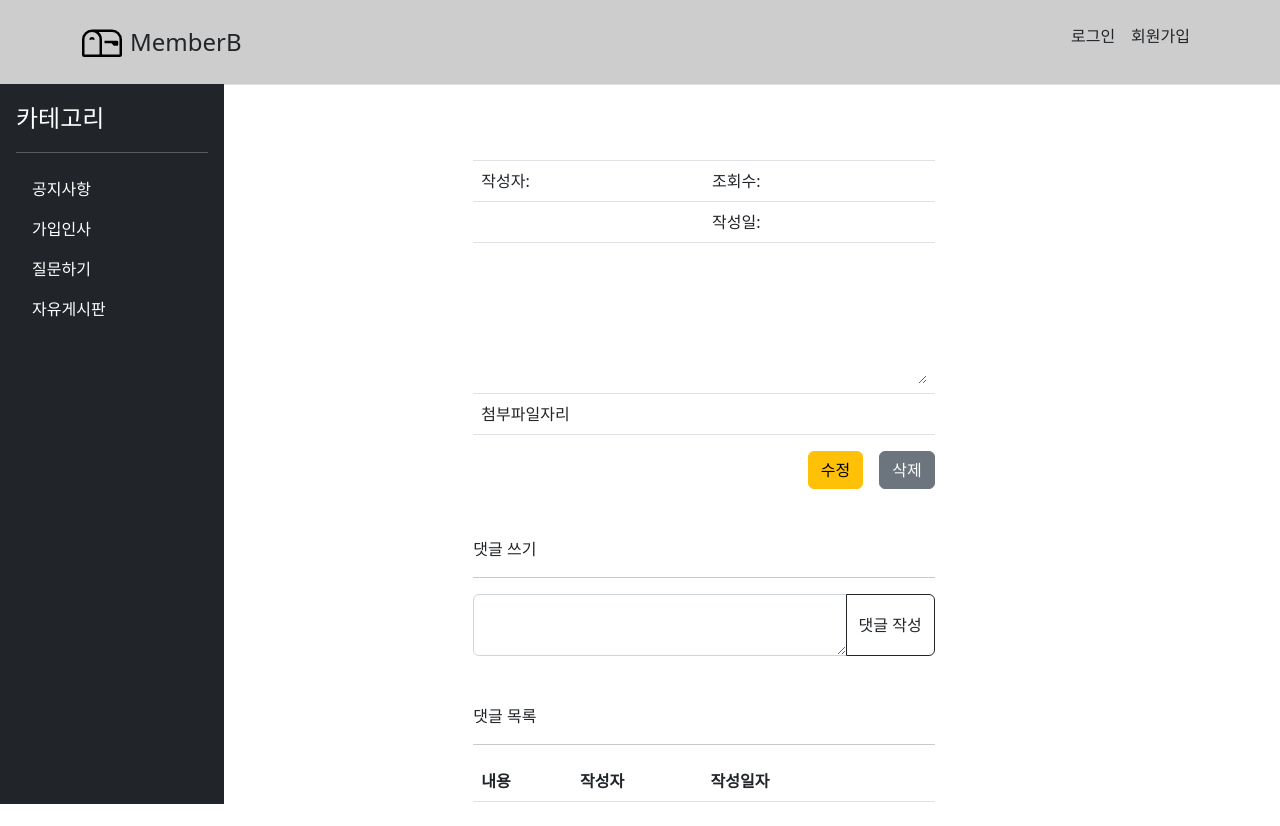
Repository: charmErin/board_220915
Page: http://localhost/board/WEB-INF/views/board/detail.jsp
The author's editor kept a copy of each file at every save. The page is drawn from the files as they stood at one save, then again after the next save.
The browser window is 1280 px wide. The pictures show the whole page.
Some web libraries are served in a nearby version. The page is served by Tomcat 9. Nobody is signed in. Other server files are loaded and not shown. The template is opened directly, without the code that normally fills it, so the values that code supplies are empty.

Above is the page before, as saved 2022-09-19 01:32:08.

### board/src/main/webapp/WEB-INF/views/board/detail.jsp
<%@ page language="java" contentType="text/html; charset=UTF-8"
	pageEncoding="UTF-8"%>
<%@ taglib uri="http://java.sun.com/jsp/jstl/core" prefix="c"%>
<%@ taglib prefix="fmt" uri="http://java.sun.com/jsp/jstl/fmt"%>
<!DOCTYPE html>
<html>
<head>
<meta charset="UTF-8">
<script src="https://code.jquery.com/jquery-3.6.0.min.js"></script>
<script type="text/javascript"
	src="https://cdnjs.cloudflare.com/ajax/libs/moment.js/2.24.0/moment.min.js"></script>
<title>Insert title here</title>
<style>
.body-content {
	margin-top: 9rem;
	margin-left: 15rem;
	padding-left: 3rem;
	padding-right: 10rem;
}
</style>
</head>
<body>
	<%@include file="../layout/header.jsp"%>
	<div class="body-content">
		<div class="container col-7 my-4">
			<table class="table mb-3">
				<tr>
					<td colspan="2">${board.boardTitle}</td>
				</tr>
				<tr>
					<td>작성자: ${board.boardWriter}</td>
					<td>조회수: ${board.boardHits}</td>
				</tr>
				<tr>
					<td></td>
					<td colspan="2">작성일: <fmt:formatDate pattern="yyyy-MM-dd"
							value="${board.createdTime}"></fmt:formatDate></td>
				</tr>
				<tr>
					<td colspan="2"><textarea class="form-control-plaintext"
							rows="5">${board.boardContents}</textarea></td>
				</tr>
				<tr>
					<td colspan="2">첨부파일자리</td>
				</tr>
			</table>

			<div class="d-grid gap-2 d-md-flex justify-content-md-end mb-5">
				<c:choose>
					<c:when test="${sessionScope.id eq board.memberId}">
						<button class="btn btn-warning me-md-2" type="button">수정</button>
						<button class="btn btn-secondary" type="button">삭제</button>
					</c:when>
					<c:otherwise>
						<c:if test="${sessionScope.loginId eq 'admin'}">
							<button class="btn btn-secondary" type="button">삭제</button>
						</c:if>
					</c:otherwise>
				</c:choose>
			</div>


			<span>댓글 쓰기</span>
			<hr>

			<div class="input-group mb-5">
				<textarea class="form-control" id="comment-contents"></textarea>
				<input class="btn btn-outline-dark" type="button"
					onclick="commentSave()" value="댓글 작성">
			</div>

			<span>댓글 목록</span>
			<hr>
			<div id="comment-list">
				<table class="table">
					<tr>
						<th>내용</th>
						<th>작성자</th>
						<th>작성일자</th>
						<th></th>
						<th></th>
					</tr>
					<c:forEach var="comment" items="${commentList}">
						<tr id="comment_${comment.id}">
							<td id="contents_${comment.id}">${comment.commentContents}</td>
							<td id="writer_${comment.id}">${comment.commentWriter}</td>
							<td id="createdTime_${comment.id}"><fmt:formatDate pattern="yyyy-MM-dd HH:mm:ss"
									value="${comment.createdTime}"></fmt:formatDate></td>
							<c:choose>
								<c:when test="${sessionScope.id eq comment.memberId}">
									<td id="updateBtn_${comment.id}"><button class="btn btn-outline-info" type="button"
											onclick="commentUpdateForm('${comment.id}', '${comment.commentContents}')">수정</button></td>
									<td id="deleteBtn_${comment.id}"><button class="btn btn-outline-danger" type="button"
											onclick="commentDelete('${comment.id}')">삭제</button></td>
								</c:when>
								<c:otherwise>
									<c:choose>
										<c:when test="${sessionScope.loginId eq 'admin'}">
											<td></td>
											<td><button class="btn btn-outline-danger" type="button"
													onclick="commentDelete('${comment.id}')">삭제</button></td>
										</c:when>
										<c:otherwise>
											<td colspan="2"></td>
										</c:otherwise>
									</c:choose>
								</c:otherwise>
							</c:choose>
						</tr>
					</c:forEach>
				</table>
			</div>
		</div>
	</div>
</body>
<script>
	const commentSave = () => {
		const boardId = '${board.id}';
		const memberId = '${sessionScope.id}';
		const commentWriter = '${sessionScope.memberName}';
		const commentContents = document.getElementById("comment-contents").value;
		const loginId = '${sessionScope.loginId}';
		const commentList = document.getElementById("comment-list");

		$.ajax({
			type: "post",
			url: "/comment/save",
			data: {"boardId": boardId, "memberId": memberId, "commentWriter": commentWriter, "commentContents": commentContents},
			dataType: "json",
			success: function(result) {
				let output = '<table class="table">'
							+ '	<tr>'
							+ '		<th>내용</th>'
							+ '		<th>작성자</th>'
							+ '		<th>작성일자</th>'
							+ '		<th></th>'
							+ '		<th></th>'
							+ '	</tr>';

				for (let i in result) {
					output += '	<tr>'
							+ '		<td>' + result[i].commentContents + '</td>'
							+ '		<td>' + result[i].commentWriter + '</td>'
							+ '		<td>' + moment(result[i].createdTime).format("YYYY-MM-DD HH:mm:ss") + '</td>';

					if (memberId == result[i].memberId) {
						output += '<td><button class="btn btn-outline-info" type="button" onclick="commentUpdateForm((' + result[i].id + ')">수정</button></td>'
								+ '<td><button class="btn btn-outline-danger" type="button" onclick="commentDelete(' + result[i].id + ')">삭제</button></td>';

					} else {
						if (loginId == 'admin') {
							output += '<td></td>'
									+ '<td><button class="btn btn-outline-danger" type="button" onclick="commentDelete(' + result[i].id + ')">삭제</button></td>';
						} else {
							output += '	<td></td>'
									+ '	<td></td>';
						}
					}
					output += '	</tr>';

				}
				output += '</table>';

				commentList.innerHTML = output;
				document.getElementById("comment-contents").innerHTML = "";
			}
		});
	}

	const commentDelete = (id) => {
		const boardId = '${board.id}';
		const memberId = '${sessionScope.id}';
		const loginId = '${sessionScope.loginId}';
		const commentList = document.getElementById("comment-list");

		$.ajax({
			type: "post",
			url: "/comment",
			data: {"id": id, "boardId": boardId},
			dataType: "json",
			success: function(result) {
				let output = '<table class="table">'
							+ '	<tr>'
							+ '		<th>내용</th>'
							+ '		<th>작성자</th>'
							+ '		<th>작성일자</th>'
							+ '		<th></th>'
							+ '		<th></th>'
							+ '	</tr>';

				for (let i in result) {
					output += '	<tr>'
							+ '		<td>' + result[i].commentContents + '</td>'
							+ '		<td>' + result[i].commentWriter + '</td>'
							+ '		<td>' + moment(result[i].createdTime).format("YYYY-MM-DD HH:mm:ss") + '</td>';

					if (memberId == result[i].memberId) {
						output += '<td><button class="btn btn-outline-info" type="button" onclick="commentUpdateForm((' + result[i].id + ')">수정</button></td>'
								+ '<td><button class="btn btn-outline-danger" type="button" onclick="commentDelete(' + result[i].id + ')">삭제</button></td>';

					} else {
						if (loginId == 'admin') {
							output += '<td></td>'
									+ '<td><button class="btn btn-outline-danger" type="button" onclick="commentDelete(' + result[i].id + ')">삭제</button></td>';
						} else {
							output += '	<td></td>'
									+ '	<td></td>';
						}
					}
					output += '	</tr>';

				}
				output += '</table>';

				commentList.innerHTML = output;
			}
		});
	}


	let rawComment = null;

	const commentUpdateForm = (id, commentContents) => {
		const comment = document.getElementById("comment_" + id);
		rawComment = document.getElementById("comment_" + id).innerHTML;

		let output = '<td colspan="3"><textarea class="form-control" id="new-contents">' + commentContents + '</textarea></td>'
					+ '<td><button type="button" class="btn btn-dark" onclick="commentUpdate(' + "'" + id + "')" + '">수정</button></td>'
					+ '<td><button type="button" class="btn btn-outline-danger" onclick="commentCancel(' + id + ')">취소</button></td>';

		comment.innerHTML = output;
	}

	const commentUpdate = (id) => {
		const newContents = document.getElementById("new-contents").value;
		const boardId = '${board.id}';
		const memberId = '${sessionScope.id}';
		const loginId = '${sessionScope.loginId}';
		const commentList = document.getElementById("comment-list");

		$.ajax({
			type: "post",
			url: "/comment/update",
			data: {"id": id, "boardId": boardId, "commentContents": newContents},
			dataType: "json",
			success: function(result) {
				let output = '<table class="table">'
					+ '	<tr>'
					+ '		<th>내용</th>'
					+ '		<th>작성자</th>'
					+ '		<th>작성일자</th>'
					+ '		<th></th>'
					+ '		<th></th>'
					+ '	</tr>';

			for (let i in result) {
				output += '	<tr>'
						+ '		<td>' + result[i].commentContents + '</td>'
						+ '		<td>' + result[i].commentWriter + '</td>'
						+ '		<td>' + moment(result[i].createdTime).format("YYYY-MM-DD HH:mm:ss") + '</td>';

				if (memberId == result[i].memberId) {
					output += '<td><button class="btn btn-outline-info" type="button" onclick="commentUpdateForm((' + result[i].id + ')">수정</button></td>'
							+ '<td><button class="btn btn-outline-danger" type="button" onclick="commentDelete(' + result[i].id + ')">삭제</button></td>';

				} else {
					if (loginId == 'admin') {
						output += '<td></td>'
								+ '<td><button class="btn btn-outline-danger" type="button" onclick="commentDelete(' + result[i].id + ')">삭제</button></td>';
					} else {
						output += '	<td></td>'
								+ '	<td></td>';
					}
				}
				output += '	</tr>';

			}
			output += '</table>';

			commentList.innerHTML = output;
			}
		});
	}

	const commentCancel = (id) => {
		document.getElementById("comment_" + id).innerHTML = rawComment;
	}
</script>
</html>

### board/src/main/webapp/WEB-INF/views/layout/header.jsp
<%@ page language="java" contentType="text/html; charset=UTF-8"
    pageEncoding="UTF-8"%>
<%@ taglib uri="http://java.sun.com/jsp/jstl/core" prefix="c" %>
<%@ taglib prefix="fmt" uri="http://java.sun.com/jsp/jstl/fmt" %>
<!DOCTYPE html>
<html>
<head>
<meta charset="UTF-8">
<link href="https://cdn.jsdelivr.net/npm/bootstrap@5.2.1/dist/css/bootstrap.min.css" rel="stylesheet" integrity="sha384-iYQeCzEYFbKjA/T2uDLTpkwGzCiq6soy8tYaI1GyVh/UjpbCx/TYkiZhlZB6+fzT" crossorigin="anonymous">
<title>Insert title here</title>
<style>
	header {
		background: #CDCDCD;
	}

	.side-bar {
		width: 14rem;
		height: 100%;
		margin-top: 1rem;
		position: fixed;
		display: inline !important;
	}
</style>
</head>
<body>
	<header class="py-3 border-bottom header-fix fixed-top">
		<div class="container d-flex flex-wrap justify-content-center">
			<a href="/" class="d-flex align-items-center mb-3 mb-lg-0 me-lg-auto text-dark text-decoration-none">
				<img src="../../../resources/svg/mailbox.svg" width="40" height="40">
				<span class="fs-4 m-2">
					MemberB
				</span>
			</a>

			<div>
				<c:choose>
					<c:when test="${sessionScope.id == null}">
						<ul class="nav">
							<li class="nav-item">
								<a href="/member/login-form" class="nav-link link-dark px-2">로그인</a>
							</li>
							<li class="nav-item">
								<a href="/member/save-form" class="nav-link link-dark px-2">회원가입</a>
							</li>
						</ul>
					</c:when>
					<c:otherwise>
						<ul class="nav">
							<li class="nav-item">
								<a href="/member/detail/${sessionScope.id}" class="nav-link link-dark px-2">${sessionScope.memberName}</a>
							</li>
							<c:if test="${sessionScope.loginId eq 'admin'}">
								<li class="nav-item">
									<a href="/member/findAll" class="nav-link link-dark px-2">회원목록</a>
								</li>
							</c:if>
							<li class="nav-item">
								<a href="/member/logout" class="nav-link link-dark px-2">로그아웃</a>
							</li>
						</ul>
					</c:otherwise>
				</c:choose>
			</div>
		</div>
		<div class="d-flex flex-column flex-shrink-0 p-3 text-bg-dark side-bar">
			<span class="fs-4">카테고리</span>
			<hr>
			<ul class="nav nav-pills flex-column mb-auto">
				<li class="nav-item">
					<a href="/board/1" class="nav-link text-white">공지사항</a>
				</li>
				<li>
					<a href="/board/2" class="nav-link text-white">가입인사</a>
				</li>
				<li>
					<a href="/board/3" class="nav-link text-white">질문하기</a>
				</li>
				<li>
					<a href="/board/4" class="nav-link text-white">자유게시판</a>
				</li>
			</ul>
		</div>
	</header>
</body>
</html>

### board/src/main/webapp/resources/svg/mailbox.svg
<svg xmlns="http://www.w3.org/2000/svg" width="16" height="16" fill="currentColor" class="bi bi-mailbox" viewBox="0 0 16 16">
  <path d="M4 4a3 3 0 0 0-3 3v6h6V7a3 3 0 0 0-3-3zm0-1h8a4 4 0 0 1 4 4v6a1 1 0 0 1-1 1H1a1 1 0 0 1-1-1V7a4 4 0 0 1 4-4zm2.646 1A3.99 3.99 0 0 1 8 7v6h7V7a3 3 0 0 0-3-3H6.646z"/>
  <path d="M11.793 8.5H9v-1h5a.5.5 0 0 1 .5.5v1a.5.5 0 0 1-.5.5h-1a.5.5 0 0 1-.354-.146l-.853-.854zM5 7c0 .552-.448 0-1 0s-1 .552-1 0a1 1 0 0 1 2 0z"/>
</svg>

After the next save:
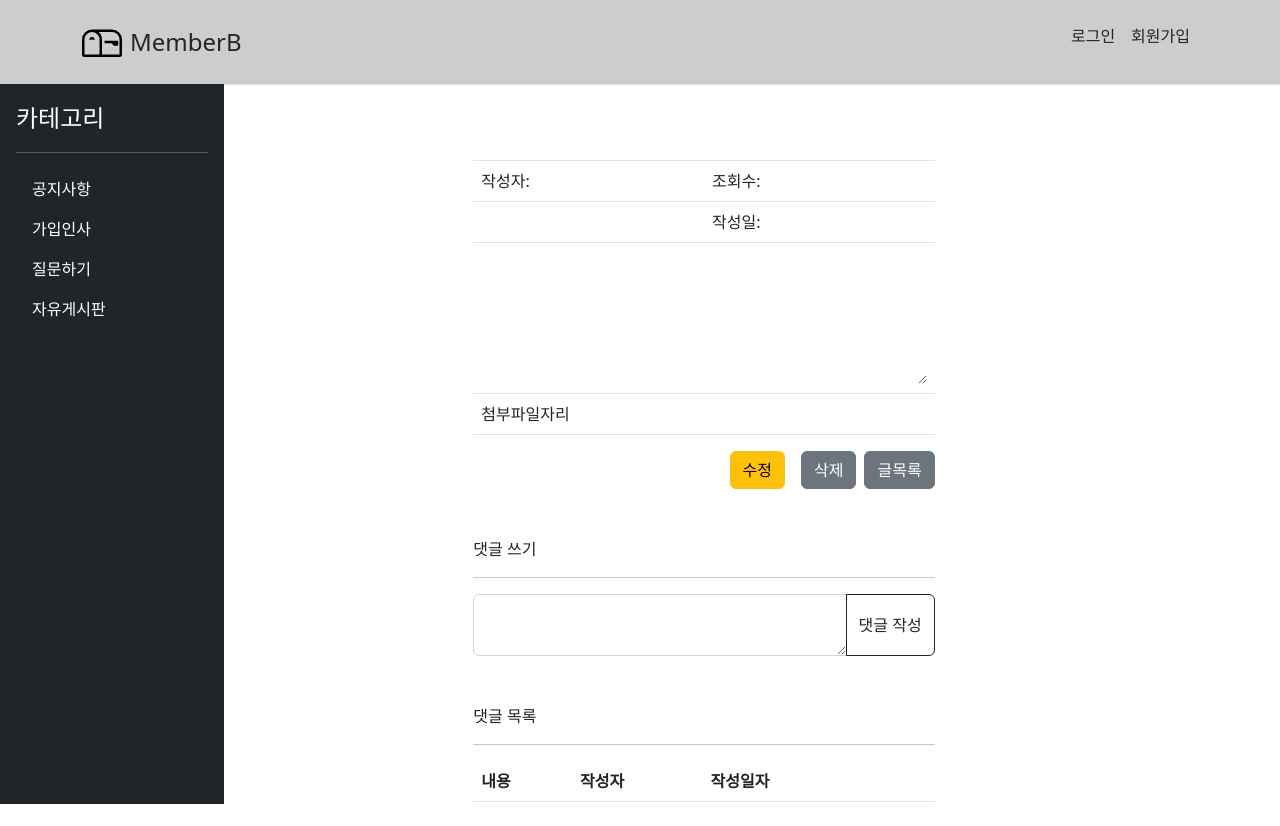
Saved 83 s later.
--- a/board/src/main/webapp/WEB-INF/views/board/detail.jsp
+++ b/board/src/main/webapp/WEB-INF/views/board/detail.jsp
@@ -50,10 +50,12 @@
 					<c:when test="${sessionScope.id eq board.memberId}">
 						<button class="btn btn-warning me-md-2" type="button">수정</button>
 						<button class="btn btn-secondary" type="button">삭제</button>
+						<button class="btn btn-secondary" type="button">글목록</button>
 					</c:when>
 					<c:otherwise>
 						<c:if test="${sessionScope.loginId eq 'admin'}">
 							<button class="btn btn-secondary" type="button">삭제</button>
+							<button class="btn btn-secondary" type="button">글목록</button>
 						</c:if>
 					</c:otherwise>
 				</c:choose>
